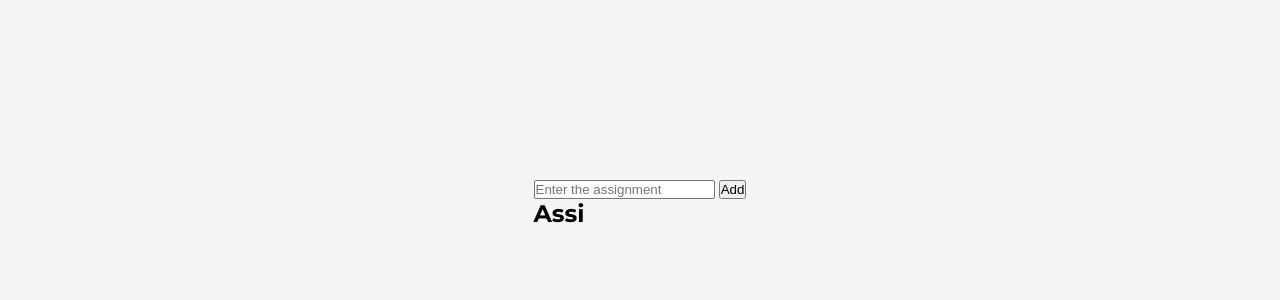
Repository: kimi1723/To-do-app
Page: index.html
These files come from the project's save history. The page is drawn as it stood at one moment and after the next save; the edit follows.
The browser window is 1280 px wide. The pictures show the whole page.
Some web libraries are served in a nearby version.

Above is the page before, as saved 2023-03-31 10:39:01.
Console error: TypeError: Cannot read properties of null (reading 'addEventListener')

### index.html
<!DOCTYPE html>
<html lang="pl">

<head>
    <meta charset="UTF-8">
    <meta name="viewport" content="width=device-width, initial-scale=1.0">
    <meta http-equiv="X-UA-Compatible" content="ie=edge">
    <title>To do app</title>
    <script src="https://kit.fontawesome.com/327a0d490c.js" crossorigin="anonymous"></script>
    <link href="https://fonts.googleapis.com/css?family=Montserrat:400,700&display=swap&subset=latin-ext"
        rel="stylesheet">
    <link rel="stylesheet" href="/dist/css/main.min.css">
</head>

<body>
    <main class="to-do-container">
        <div class="to-do-container-header">
            <h1 class="to-do-container-header__heading">To do app</h1>

            <input type="text" class="to-do-container-header__input" placeholder="Enter the assignment">
            <button class="to-do-container-header__add-button">Add</button>
        </div>

        <div class="to-do-container-tasks">
            <h2 class="to-do-container-tasks__heading">Assi</h2>
        </div>
    </main>

    <script src="/dist/js/app.min.js"></script>
</body>

</html>

Loaded but not shown: dist/css/main.min.css (library); dist/js/app.min.js (library)

After the next save:
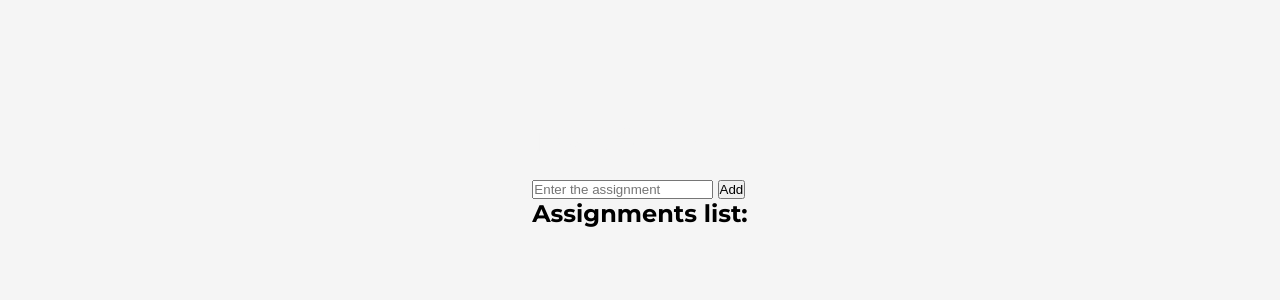
Saved 9 s later.
--- a/index.html
+++ b/index.html
@@ -21,8 +21,8 @@
             <button class="to-do-container-header__add-button">Add</button>
         </div>
 
-        <div class="to-do-container-tasks">
-            <h2 class="to-do-container-tasks__heading">Assi</h2>
+        <div class="to-do-container-assi">
+            <h2 class="to-do-container-assi__heading">Assignments list:</h2>
         </div>
     </main>
 
